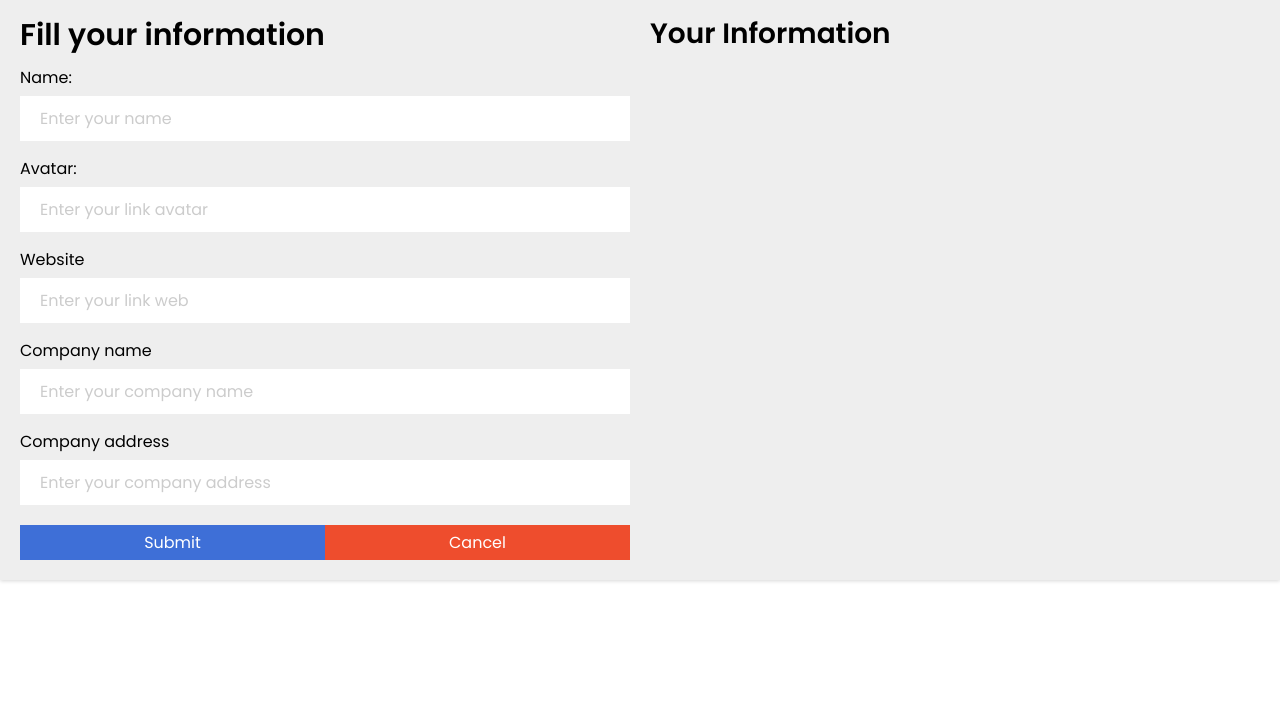
Repository: nttthao9/management
Page: index.html
These files come from the project's save history. The page is drawn as it stood at one moment and after the next save; the edit follows.
The browser window is 1280 px wide. The pictures show the whole page.
The page's requests for data from a server got no answer. Some web libraries are served in a nearby version.

Above is the page before, as saved 2021-10-14 16:28:53.

After the next save:
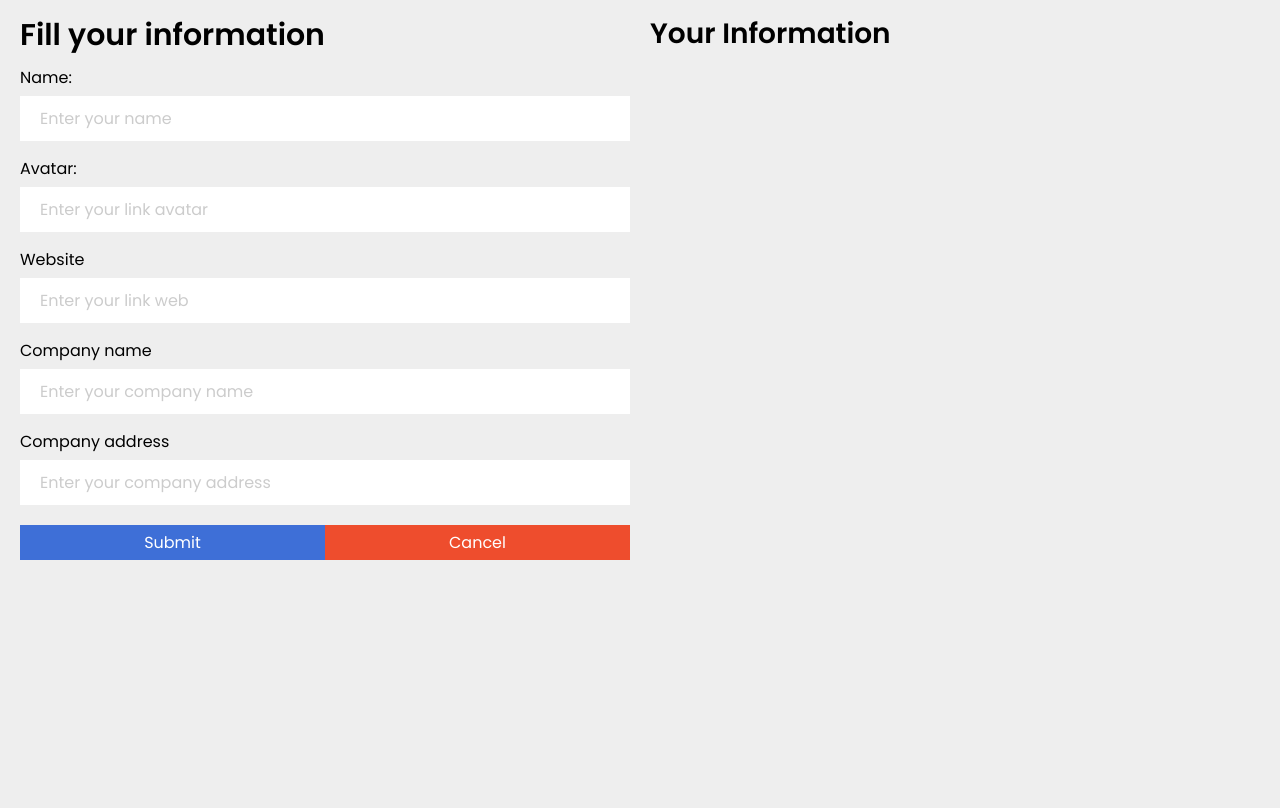
Saved 90 s later.
--- a/style.css
+++ b/style.css
@@ -162,6 +162,7 @@
   color: white;
 }
 .manage-infor {
+  height: 100vh;
   overflow-y: scroll;
 }
 #company-name {

After the save that followed:
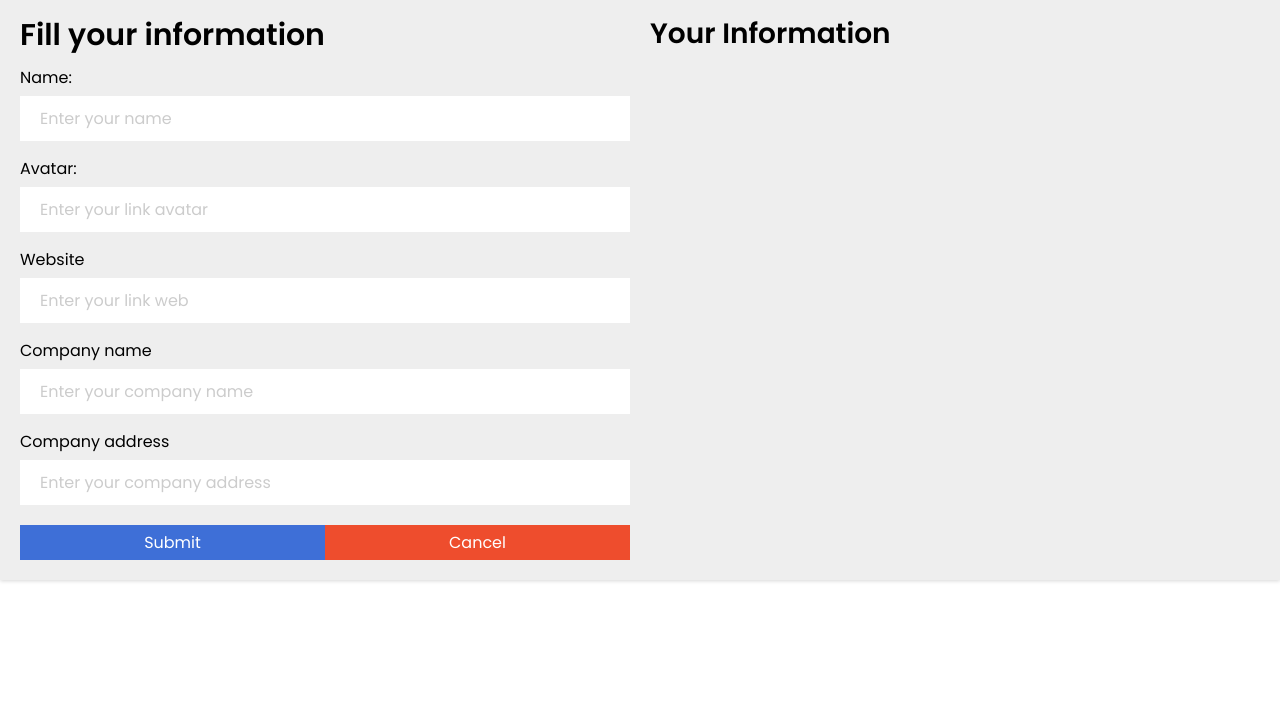
Saved 27 s later.
--- a/style.css
+++ b/style.css
@@ -162,7 +162,7 @@
   color: white;
 }
 .manage-infor {
-  height: 100vh;
+  height: 50vh;
   overflow-y: scroll;
 }
 #company-name {
